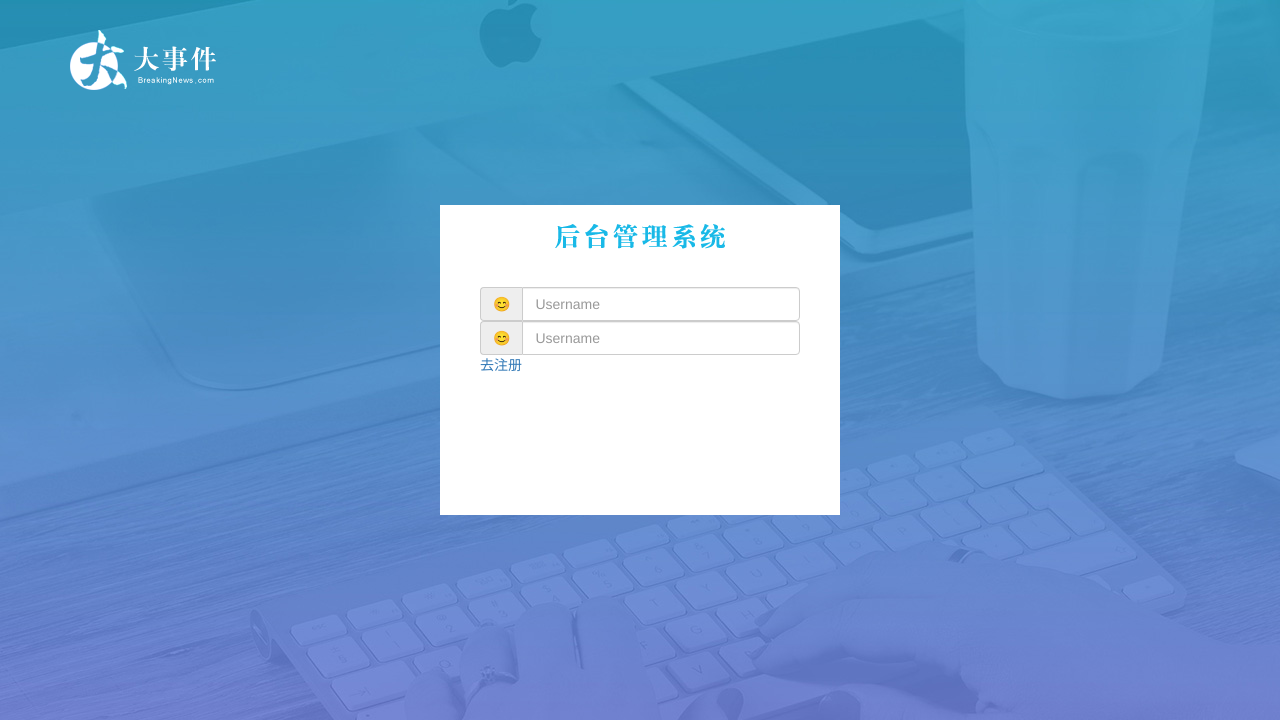
Repository: pursuit-YHP/project_dashijian
Page: login.html
The author's editor kept a copy of each file at every save. The page is drawn from the files as they stood at one save, then again after the next save.
The browser window is 1280 px wide. The pictures show the whole page.
The style sheet was rebuilt from its Sass, Less or Tailwind sources for each picture, by a compiler version that may differ from the author's.

Above is the page before, as saved 2022-03-13 16:03:13.

### login.html
<!DOCTYPE html>
<html lang="en">

<head>
    <meta charset="UTF-8">
    <meta http-equiv="X-UA-Compatible" content="IE=edge">
    <meta name="viewport" content="width=device-width, initial-scale=1.0">
    <title>大事件-登录-注册</title>
    <link rel="stylesheet" href="./assets/lib/layui/css/layui.css">
    <link rel="stylesheet" href="/assets/css/login.css">
    <link rel="stylesheet" href="/assets/lib/bootstrap.css">
</head>

<body>
    <!-- logo区域 -->
    <div class="layui-main">
        <img src="/assets/images/logo.png" alt="">
    </div>

    <!-- 登录模态框 -->
    <div class="loginANDreg">
        <!-- 头部区域 -->
        <div class="loginANDreg_head">
        </div>

        <div class="loginANDreg_w">
            <!-- 登录 -->
            <div class="login">
                <form action="">
                    <div class="input-group">
                        <span class="input-group-addon" id="basic-addon1">😊</span>
                        <input type="text" class="form-control" placeholder="Username" aria-describedby="basic-addon1">
                    </div>
                    <div class="input-group">
                        <span class="input-group-addon" id="basic-addon1">😊</span>
                        <input type="text" class="form-control" placeholder="Username" aria-describedby="basic-addon1">
                    </div>

                </form>
                <a href="javascript:;" id="login_a">去注册</a>
            </div>

            <!-- 注册 -->
            <div class="reg">
                <a href="javascript:;" id="reg_a">已有帐号？去登录</a>
            </div>
        </div>
    </div>



    <script src="./assets/lib/jquery.js"></script>
    <script src="./assets/js/login.js"></script>
</body>

</html>

### assets/js/login.js
$(function() {
    // 注册链接点击事件
    $('#login_a').on('click', function() {
        $('.login').hide()
        $('.reg').show()
    })
    $('#reg_a').on('click', function() {
            $('.reg').hide()
            $('.login').show()
        })
        // 登录链接点击事件

})

### assets/css/login.less
body{
    width: 100%;
    height: 100%;
    background: url(../images/login_bg.jpg) no-repeat;
    background-size: cover;
}

.layui-main{
    img{
        margin-top: 30px;
    }
}

.loginANDreg{
    width: 400px;
    height: 310px;
    background-color: white;
    position: absolute;
    top: 50%;
    left: 50%;
    transform: translate(-50%,-50%);
    .loginANDreg_head{
        width: 100%;
        height: 20%;
        background: url(../images/login_title.png) no-repeat center;
    }
    .loginANDreg_w{
        width: 80%;
        margin: 20px auto;

        .reg{
            display : none;
        }
    }
    a{
        text-align: center;
    }

}

Loaded but not shown: assets/lib/layui/css/layui.css (library); assets/lib/bootstrap.css (library); assets/lib/jquery.js (library)

After the next save:
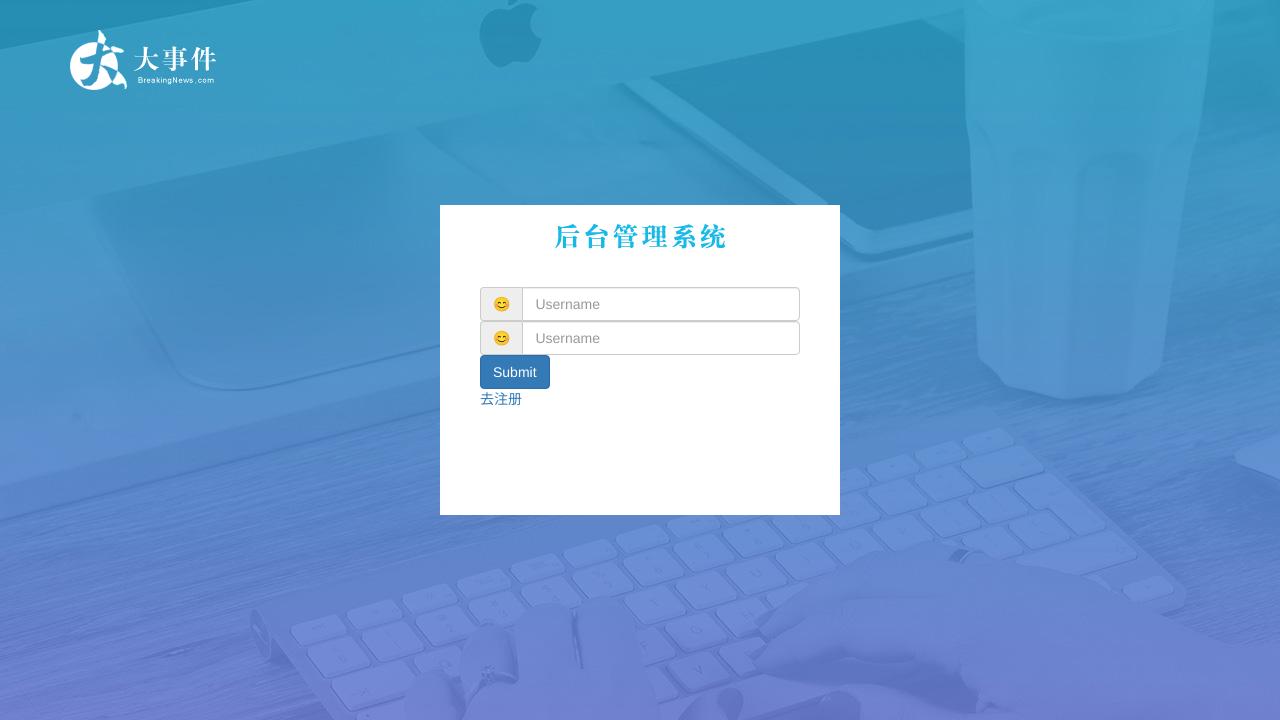
Saved 38 s later.
--- a/login.html
+++ b/login.html
@@ -36,6 +36,8 @@
                         <input type="text" class="form-control" placeholder="Username" aria-describedby="basic-addon1">
                     </div>
 
+                    <button type="submit" class="btn btn-primary">Submit</button>
+
                 </form>
                 <a href="javascript:;" id="login_a">去注册</a>
             </div>
